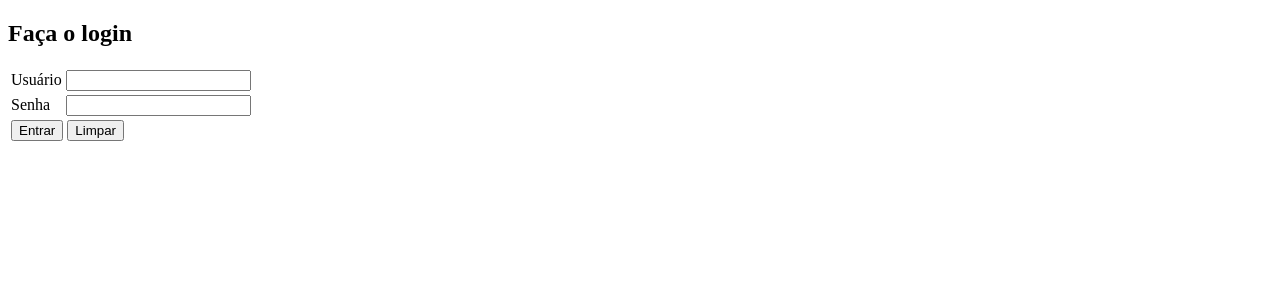
Repository: caioocesar/Comp3
Page: http://localhost/Comput3/login.jsp
The author's editor kept a copy of each file at every save. The page is drawn from the files as they stood at one save, then again after the next save.
The browser window is 1280 px wide. The pictures show the whole page.
The page is served by Tomcat 9. Other server files are loaded and not shown.

Above is the page before, as saved 2019-06-09 13:37:24.

### eclipse-workspace/Comput3/WebContent/login.jsp
<%@ page language="java" contentType="text/html; charset=ISO-8859-1"
pageEncoding="ISO-8859-1"%>
<!DOCTYPE html PUBLIC "-//W3C//DTD HTML 4.01 Transitional//EN"
"http://www.w3.org/TR/html4/loose.dtd">
<html>
<head>
<meta http-equiv="Content-Type" content="text/html; charset=ISO-8859-1">
<title>Login do sistema</title>
</head>
<body>

<form action="Login" method="POST">
    <h2>Faça o login</h2>
    <table border="0" cellpadding="1">
        <tr>
            <td><label>Usuário</label></td>
            <td><input type="text" name="usuario" size="20" /> </td>
        </tr>
        <tr>
            <td><label>Senha</label></td>
            <td><input type="password" name="senha" size="20" /> </td>
        </tr>

        <tr>
            <td colspan="2">
                <input type="submit" value="Entrar"/>
                <input type="reset" value="Limpar"/>

            </td>
        </tr>
    </table>
    <p>${param.message}</p>
</form>

</body>
</html>

After the next save:
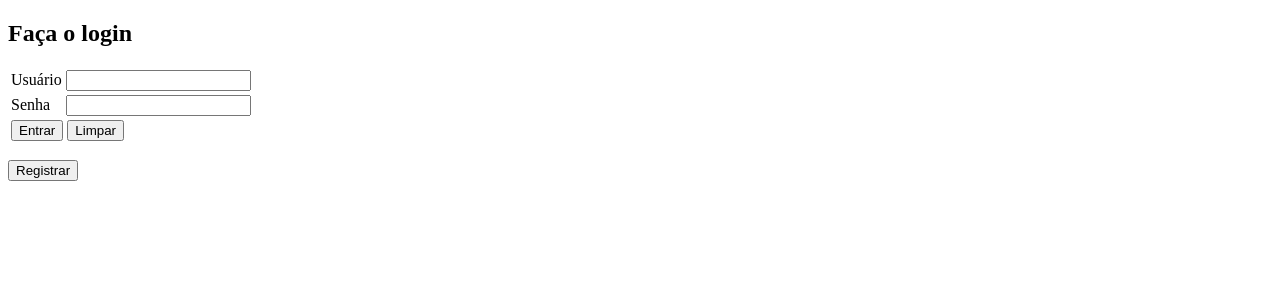
Saved 117 s later.
--- a/eclipse-workspace/Comput3/WebContent/login.jsp
+++ b/eclipse-workspace/Comput3/WebContent/login.jsp
@@ -32,5 +32,10 @@
     <p>${param.message}</p>
 </form>
 
+<form action="Registrar" method="POST">
+ 	<input type="submit" value="Registrar"/>
+ </form>
+
+
 </body>
 </html>
